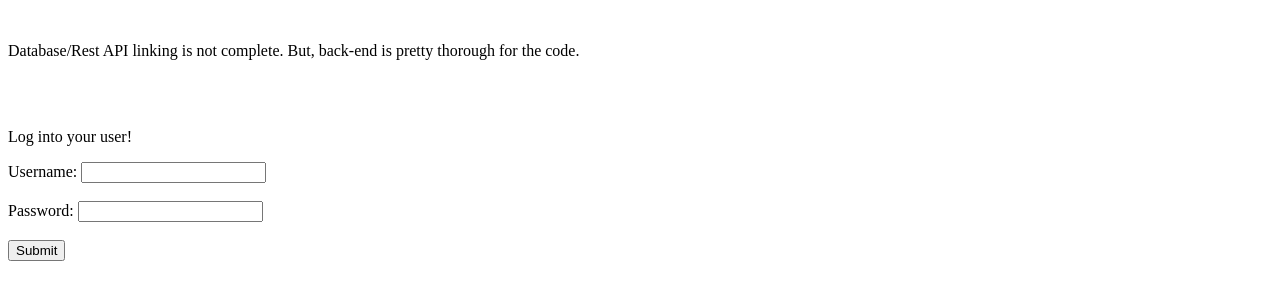
Repository: hcm4990/BankingApplicationRestAPI
Page: gs-serving-web-content-complete/src/main/resources/static/index.html
These files come from the project's save history. The page is drawn as it stood at one moment and after the next save; the edit follows.
The browser window is 1280 px wide. The pictures show the whole page.

Above is the page before, as saved 2020-04-06 15:11:03.

### gs-serving-web-content-complete/src/main/resources/static/index.html
<!DOCTYPE HTML>
<html>
<head>
<title>Getting Started: Serving Web Content</title>
<meta http-equiv="Content-Type" content="text/html; charset=UTF-8" />
</head>
<body>
	<br>
	<p>Database/Rest API linking is not complete. But, back-end is pretty thorough for the code.</p>
	<br>
	<br>
	<p><p>Log into your user!</p>
	<form action="/transaction">
		<label for="user_id">Username:</label> <input type="text" id="user_id"
			name="user_id"><br> <br>
		<label for="pass_word">Password:</label> <input type="text" id="pass_word"
			name="pass_word"><br>
		<br> <input type="submit" value="Submit">
	</form>
</body>
</html>

After the next save:
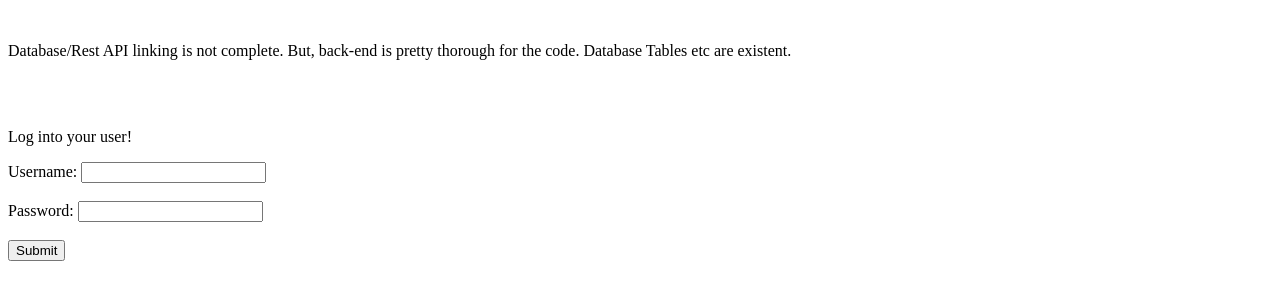
Saved 19 s later.
--- a/gs-serving-web-content-complete/src/main/resources/static/index.html
+++ b/gs-serving-web-content-complete/src/main/resources/static/index.html
@@ -6,7 +6,7 @@
 </head>
 <body>
 	<br>
-	<p>Database/Rest API linking is not complete. But, back-end is pretty thorough for the code.</p>
+	<p>Database/Rest API linking is not complete. But, back-end is pretty thorough for the code. Database Tables etc are existent.</p>
 	<br>
 	<br>
 	<p><p>Log into your user!</p>
